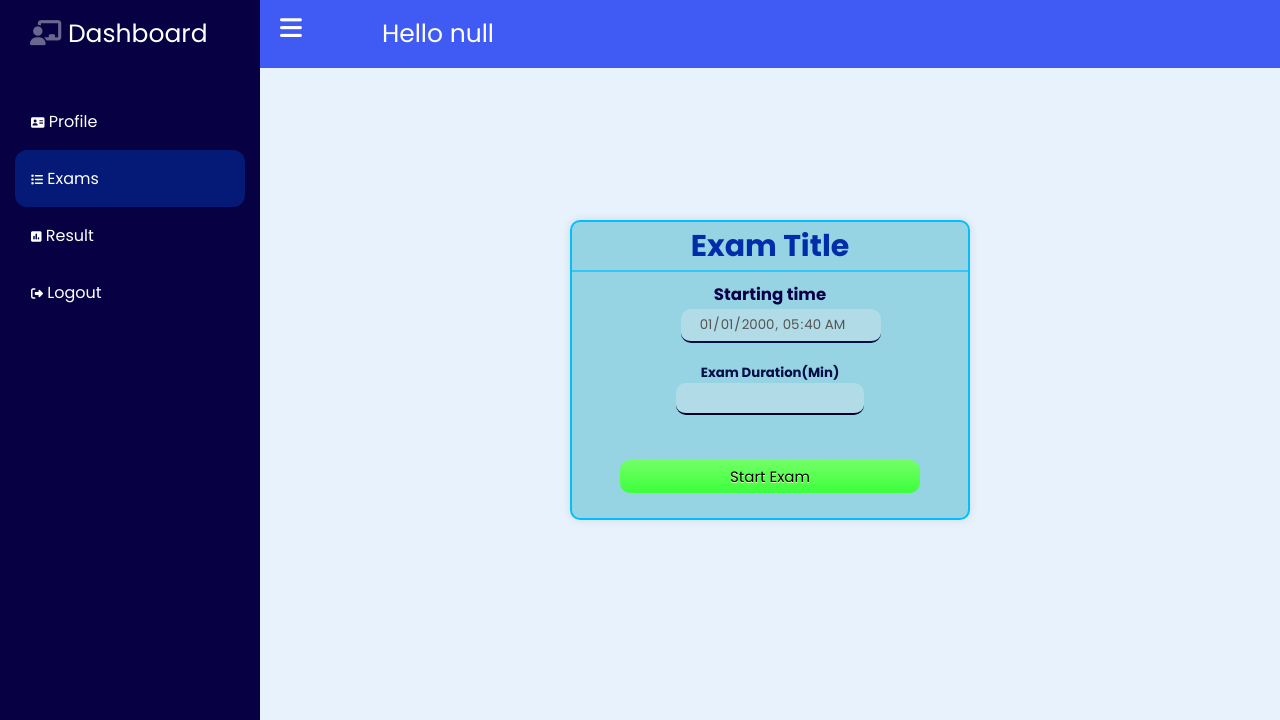
Repository: Buddhadip/ExamPortalApp_struts
Page: http://localhost/ExamWizard/WEB-INF/views/studentExams.jsp
These files come from the project's save history. The page is drawn as it stood at one moment and after the next save; the edit follows.
The browser window is 1280 px wide. The pictures show the whole page.
The page is served by Tomcat 9. Nobody is signed in. Other server files are loaded and not shown. The template is opened directly, without the code that normally fills it, so the values that code supplies are empty.

Above is the page before, as saved 2023-07-19 09:44:04.

### ExamWizard/src/main/webapp/WEB-INF/views/studentExams.jsp
<%@ page language="java" contentType="text/html; charset=UTF-8"
    pageEncoding="UTF-8"%>
<!DOCTYPE html>
<html>
<head>
    <meta charset="UTF-8" />
    <meta http-equiv="X-UA-Compatible" content="IE=edge" />
    <meta name="viewport" content="width=device-width, initial-scale=1.0" />
    <title>Student Dashboard</title>
    <link rel="stylesheet" href="public/styles/studentHome.css" />
    <link rel="stylesheet" href="public/styles/studentExams.css" />
    <link rel="stylesheet" href="https://cdnjs.cloudflare.com/ajax/libs/font-awesome/6.4.0/css/all.min.css">
<title>Student Home</title>
</head>
<body>
<!-- <%@ taglib prefix="c" uri="http://java.sun.com/jsp/jstl/core" %>
<%
   // Retrieve a session attribute
   String username = (String) session.getAttribute("username");
%> -->
<nav class="sidebar">
      <a href="#" class="logo">
        <i class="fa-solid fa-chalkboard-user fa-beat-fade"></i>
        Dashboard
      </a>

      <div class="menu-content">
        <ul class="menu-items">
          <li class="item">
          <li class="item">
            <a href="profile.do">
              <i class="fa-solid fa-address-card"></i>
              Profile</a>
          </li>

          <li class="item  selected-item">
            <a href="studentExams.do">
                <i class="fa-solid fa-list"></i>
              Exams</a>
          </li>

          <li class="item">
            <a href="result.do">
            <i class="fa-solid fa-square-poll-vertical"></i>
              Result</a>
          </li>

          <li class="item">
            <a href="logout.do">
              <i class="fa-solid fa-right-from-bracket"></i>
              Logout</a>
          </li>
        </ul>
      </div>
    </nav>

    <nav class="navbar">
      <i class="fa-solid fa-bars" id="sidebar-close"></i>

      <div class="hellotext">Hello <%= username %></div>
    </nav>

    <main class="main">
      <div class="exam-card">

        <div class="exam-card-header">
          <h2> Exam Title</h2>
          <input type="text" class="eid"  id="${exam.eid}-id" name="eid" value="${exam.eid}" style="display: none" />
        </div>
        <div class="exam-card-body">
          <div class="body-time">
            <div class="exam-card-body-item" >
              <h5>Starting time</h5>
              <input type="datetime-local"  class="starttime" name="estart" value="2000-01-01T05:40:00" disabled/>
            </div>
          </div>
          <div class="duration">
            <h5>Exam Duration(Min)</h3>
            <input type="text" name="eduration"  id="${exam.eid}-dur" value="${exam.eduration}" disabled />
          </div>
          <div class="button-area">
            <div class="bottom-button">
              <button class="exambutton yellow" id="startexambutton"
                onclick="StartExam('${exam.eid}')">
                Start Exam
              </button>
            </div>
          </div>
        </div>
      </div>
    </main>

    <script src="public/js/studentExams.js"></script>

</body>
</html>

### ExamWizard/src/main/webapp/public/styles/studentHome.css
@charset "ISO-8859-1";
@charset "UTF-8";
/* Import Google font - Poppins */
@import url("https://fonts.googleapis.com/css2?family=Poppins:wght@200;300;400;500;600;700&display=swap");
* {
  margin: 0;
  padding: 0;
  box-sizing: border-box;
  font-family: "Poppins", sans-serif;
}

body{
	background: #e7f2fd;
}
.sidebar {
  position: fixed;
  height: 100%;
  width: 260px;
  background: #070144;
  padding: 15px;
  z-index: 99;
}
.logo {
  font-size: 25px;
  padding: 0 15px;
}
.sidebar a {
  color: #fff;
  text-decoration: none;
}
.menu-content {
  position: relative;
  height: 100%;
  width: 100%;
  margin-top: 40px;
  overflow-y: scroll;
}
.menu-content::-webkit-scrollbar {
  display: none;
}
.menu-items {
  height: 100%;
  width: 100%;
  list-style: none;
  transition: all 0.4s ease;
}
.submenu-active .menu-items {
  transform: translateX(-56%);
}
.item a,
.submenu-item {
  padding: 16px;
  display: inline-block;
  width: 100%;
  border-radius: 12px;
}
.item i {
  font-size: 12px;
}
.item a:hover,
.submenu-item:hover,
.submenu .menu-title:hover {
  background: rgba(34, 98, 236, 0.719);
}
.submenu .menu-title:hover ,
.selected-item {
  background: rgba(5, 81, 223, 0.322);
  border-radius: 12px;
}
.submenu-item {
  display: flex;
  justify-content: space-between;
  align-items: center;
  color: #fff;
  cursor: pointer;
}
.submenu {
  position: absolute;
  height: 100%;
  width: 100%;
  top: 0;
  right: calc(-100% - 26px);
  height: calc(100% + 100vh);
  background: #11101d;
  display: none;
}
.show-submenu ~ .submenu {
  display: block;
}
.submenu .menu-title {
  border-radius: 12px;
  cursor: pointer;
}
.submenu .menu-title i {
  margin-right: 10px;
}
.navbar,
.main {
  left: 260px;
  width: calc(100% - 260px);
  transition: all 0.5s ease;
  z-index: 1000;
}
.sidebar.close ~ .navbar,
.sidebar.close ~ .main {
  left: 0;
  width: 100%;
}
.navbar {
  position: fixed;
  color: #fff;
  padding: 15px 20px;
  font-size: 25px;
  background: #405bf4;
  cursor: pointer;
  display:flex;
  flex-direction:row;
}

.navbar .hellotext{
  margin-left:80px;
}
.navbar #sidebar-close {
  cursor: pointer;
}
.main {
  position: relative;
  display: flex;
  align-items: center;
  justify-content: center;
  height: 100vh;
  z-index: 100;
  background: #e7f2fd;
  height: auto;
  z-index: 100;
  background: #e7f2fd;
  flex-direction:column;
  padding-top:200px;
}
.main h1 {
  color: #11101d;
  font-size: 40px;
  text-align: center;
}

### ExamWizard/src/main/webapp/public/styles/studentExams.css
@charset "ISO-8859-1";
@charset "ISO-8859-1";

.main h1 {
  color: #11101d;
  font-size: 40px;
  text-align: center;
  height: 5%;
}
.card-holder{
  display:flex;
  flex-direction:row;
  justify-content:space-around;
  align-items:center;
  flex-wrap: wrap;
  width:100%;
  height:95%;
  margin-top:50px;
  /* background-color: rgb(229, 255, 255); */
  padding: 50px;
}
.exam-card{
  width: 400px;
  height: 300px;
  background-color: rgb(255, 255, 255);
  border-radius: 10px;
  border: 2px solid deepskyblue;
  box-shadow: 0px 0px 10px 0px rgba(0, 0, 0, 0.1);
  margin: 20px;
  display: flex;
  flex-direction: column;
  align-items: center;
  cursor: pointer;
  transition: all 0.3s ease;
  background-color: #76c8d9b5;
}
.exam-card-header{
  width: 100%;
  height: 50px;
  color: #002eab;

  display: flex;
  justify-content: center;
  align-items: center;
  font-size: 20px;
  font-weight: 600;
  border-bottom: 2px solid rgba(0, 191, 255, 0.644);
}
.exam-card-body{
  width: 100%;
}

.exam-card-body-item{
  width:50%;
  padding: 10px;

}
.exam-card-body-item h5{
  color: rgb(10, 0, 74);
  text-align: center;
}
.exam-card-body-item input{
  border-radius: 10px;
  padding: 5px 0px;
  text-align: center;
}
.body-time{
  width:100%;
  display: flex;
  justify-content: center;
  align-items: center;
  font-size: 20px;
  flex-direction: row;
}
.starttime{
  border: none;
    border-bottom: 2px solid #000d47;
}
.duration {
  width: 100%;
  text-align: center;
  padding: 10px;
  color: #000d47;


}
.duration input{
    width: 50%;
    padding: 5px;
    border-radius: 10px;
    border: none;
    border-bottom: 2px solid #01002b;
    text-align: center;
}

.top-button{
  width: 100%;
  display: flex;
  justify-content: space-around;
  align-items: center;
  padding: 10px;
  flex-direction: row;

}

.exambutton{
  width: 80%;
  padding: 5px;
  border-radius: 10px;
  border: none;
  margin: 5px;
  cursor: pointer;
  font-size: 15px;
  margin-top: 25px;
}
@-moz-keyframes yellow {
  0%, 100% {
    -moz-box-shadow: 1px 0px 19px 4px #35ff03, inset 0px 0px 10px rgba(255, 255, 255, 0.5);
    box-shadow: 1px 0px 19px 4px #18ff03, inset 0px 0px 10px rgba(255, 255, 255, 0.5); }

  50% {
    -moz-box-shadow: 0px 0px 0px 0px rgba(255, 245, 3, 0), inset 0px 0px 0px rgba(255, 255, 255, 0);
    box-shadow: 0px 0px 0px 0px rgba(255, 245, 3, 0), inset 0px 0px 0px rgba(255, 255, 255, 0); } }

@-webkit-keyframes yellow {
  0%, 100% {
    -webkit-box-shadow: 1px 0px 19px 4px #03ff3a, inset 0px 0px 10px rgba(255, 255, 255, 0.5);
    box-shadow: 1px 0px 19px 4px #03ff2d, inset 0px 0px 10px rgba(255, 255, 255, 0.5); }

  50% {
    -webkit-box-shadow: 0px 0px 0px 0px rgba(255, 245, 3, 0), inset 0px 0px 0px rgba(255, 255, 255, 0);
    box-shadow: 0px 0px 0px 0px rgba(255, 245, 3, 0), inset 0px 0px 0px rgba(255, 255, 255, 0); } }

@-o-keyframes yellow {
  0%, 100% {
    box-shadow: 1px 0px 19px 4px #03ff2d, inset 0px 0px 10px rgba(255, 255, 255, 0.5); }

  50% {
    box-shadow: 0px 0px 0px 0px rgba(255, 245, 3, 0), inset 0px 0px 0px rgba(255, 255, 255, 0); } }

@keyframes yellow {
  0%, 100% {
    box-shadow: 1px 0px 19px 4px #03ff18, inset 0px 0px 10px rgba(255, 255, 255, 0.5); }

  50% {
    box-shadow: 0px 0px 0px 0px rgba(255, 245, 3, 0), inset 0px 0px 0px rgba(255, 255, 255, 0); } }

.button {
  text-align: center;
  padding: 10px 20px;
  text-decoration: none;
  color: #000;
  font-weight: bold;
  -webkit-border-radius: 10px;
  -moz-border-radius: 10px 0;
  border-radius: 10px 0;
  margin-right: 20px; }

.yellow {
  text-shadow: 0px 1px 0px #faffc7;
  background-image: -webkit-linear-gradient(top, #66ff6e, #84fd80);
  background-image: -moz-linear-gradient(top, #66ff66, #80fd8a);
  background-image: -o-linear-gradient(top, #66ff6e, #80fd86);
  background-image: linear-gradient(to bottom, #73ff66, #3dff3d);
  -webkit-animation: yellow 2s infinite;
  -moz-animation:yellow 2s infinite;
  -o-animation: yellow 2s infinite;
  animation: yellow 2s infinite; }
.bottom-button{
  width: 100%;
  display: flex;
  justify-content: space-around;
  align-items: center;
  padding: 10px;
  flex-direction: row;
}

### ExamWizard/src/main/webapp/public/js/studentExams.js
const sidebar = document.querySelector(".sidebar");
const sidebarClose = document.querySelector("#sidebar-close");
const menu = document.querySelector(".menu-content");
const menuItems = document.querySelectorAll(".submenu-item");
const subMenuTitles = document.querySelectorAll(".submenu .menu-title");

sidebarClose.addEventListener("click", () => {
  sidebar.classList.toggle("close");
  menu.classList.remove("submenu-active");
  menuItems.forEach((item) => {
    item.classList.remove("show-submenu");
  });
});

menuItems.forEach((item, index) => {
  item.addEventListener("click", () => {
    menu.classList.add("submenu-active");
    item.classList.add("show-submenu");
    menuItems.forEach((item2, index2) => {
      if (index !== index2) {
        item2.classList.remove("show-submenu");
      }
    });
  });
});

subMenuTitles.forEach((title) => {
  title.addEventListener("click", () => {
    menu.classList.remove("submenu-active");
  });
});

After the next save:
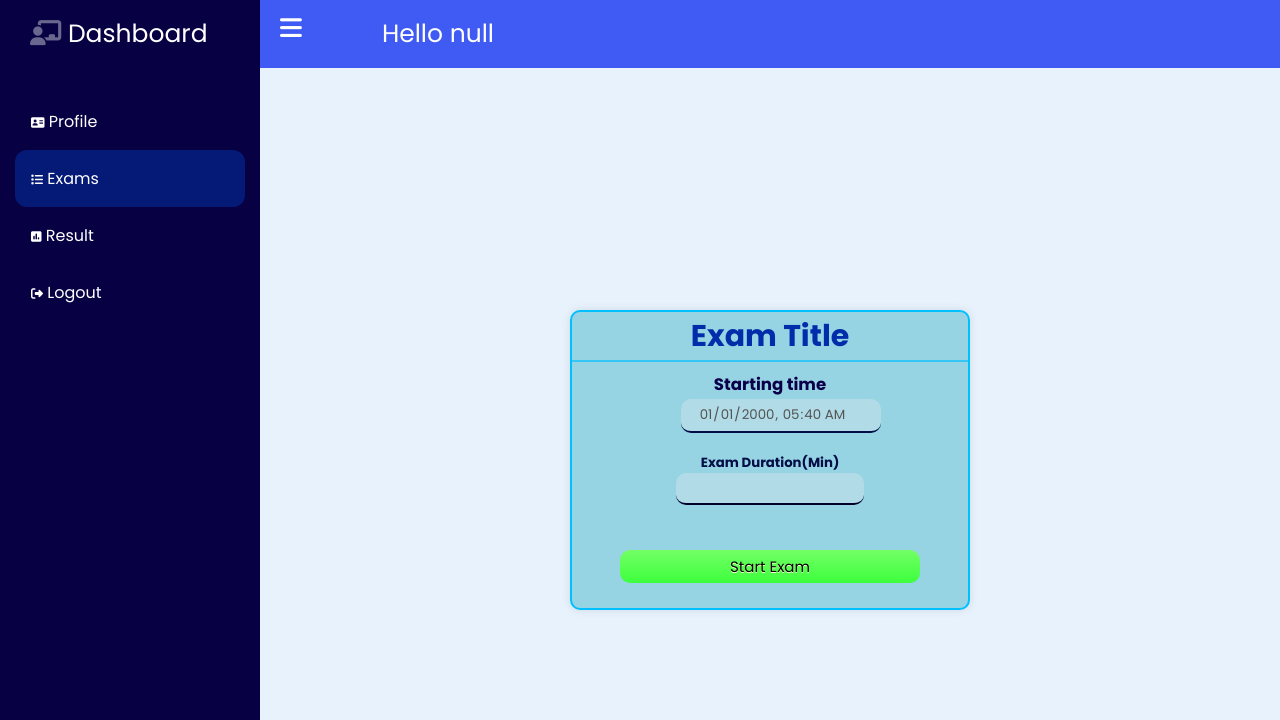
Saved 50 s later.
--- a/ExamWizard/src/main/webapp/public/styles/studentHome.css
+++ b/ExamWizard/src/main/webapp/public/styles/studentHome.css
@@ -131,7 +131,6 @@ body{
   height: 100vh;
   z-index: 100;
   background: #e7f2fd;
-  height: auto;
   z-index: 100;
   background: #e7f2fd;
   flex-direction:column;
